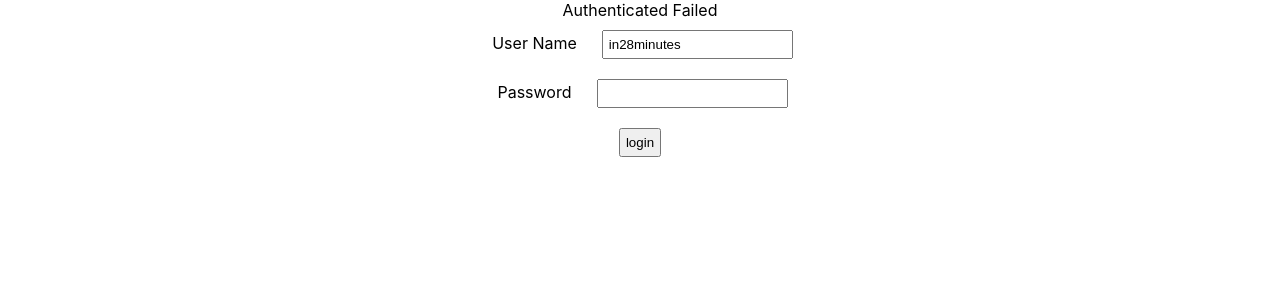
Repository: alexveremis/ReactWithRestAPI
Page: /
An editor plug-in stored every save of this project. The page is shown before and after the next save, followed by the edit.
The browser window is 1280 px wide. The pictures show the whole page.
The project was rebuilt for these pictures with package versions that can differ from the ones it lists, and the page was loaded fresh each time.

Above is the page before, as saved 2023-11-28 10:57:00.

### src/App.js
import './App.css';
import TodoApp from './components/todo/TodoApp'


function App() {
  return (
    <div className="App">
      <TodoApp />
    </div>
  );
}


export default App;

### src/components/todo/TodoApp.jsx
import './TodoApp.css'
import { useState } from 'react'
import { BrowserRouter, Route, Routes, useNavigate, useParams , Link } from 'react-router-dom';

export default function TodoApp(){
    return(
        <div className="TodoApp">
            <BrowserRouter>
            <Routes>
                <Route path='/' element={<LoginComponent />} />
                <Route path='/login' element={<LoginComponent />} />
                <Route path='/welcome/:username' element={<WelcomeComponent />} />
                <Route path='*' element={<ErrorComponent />} />
                <Route path='/todos' element={<ListTodosComponent />} />
            </Routes>
            </BrowserRouter>



        </div>
    )
}

function LoginComponent(){

    function handleUsernameChange(event){
        console.log(event.target.value);
        setUsername(event.target.value)
    }
    function handlePasswordChange(event){
        console.log(event.target.value);
        setPassword(event.target.value)
    }

    function handleSubmit(event){
        console.log(username);
        console.log(password);
        if(username==='alex' && password==='ver'){
            console.log('Success');
            setSuccessMessage(true);
            navigate(`/welcome/${username}`)
        } else{
            console.log('Failed');
            setSuccessMessage(false);
        }
    }

    const [username, setUsername] = useState('in28minutes')
    const [password, setPassword] = useState('')
    const [showSuccessMessage, setSuccessMessage] = useState(false)
    const navigate = useNavigate();

    return(
        <div className="Login">
            {showSuccessMessage && <div className="successMessage">Authenticated Successfully</div>}
            {!showSuccessMessage && <div className="errorMessage">Authenticated Failed</div>}

            <div className="LoginForm">
                <div>
                    <label>User Name</label>
                    <input type="text" name="username" value={username} onChange={handleUsernameChange}/>
                </div>
                <div>
                    <label>Password</label>
                    <input type="password" name="password" value={password} on onChange={handlePasswordChange}/>
                </div>
                <div>
                    <button type="button" name="login" onClick={handleSubmit}>login</button>
                </div>
            </div>
        </div>
    )
}

function WelcomeComponent(){
    const {username }= useParams()
    return(
        <div className="Welcome">
            Welcome {username}
            Your todos <Link to="/todos">Go here</Link>
        </div>
    )
}

function ErrorComponent(){
    return(
        <div className="ErrorComponent">
            We are working hard
        </div>
    )
}

function ListTodosComponent(){
    const todos = [
                    { id: 1, description : 'learn eng'},
                    { id: 2, description : 'learn eng2'},
                    { id: 3, description : 'learn eng3'}


                ]


    return(
        <div className="ListTodosComponent">
            Things you want to do!
            <div>
                <table>
                    <thead>
                        <tr>
                            <td>id </td>
                            <td>description </td>

                        </tr>
                    </thead>
                    <tbody>
                        {
                            todos.map(
                                todo => (
                                    <tr key={todo.id}>
                                        <td>{todo.id }</td>
                                        <td>{todo.description} </td>
                                    </tr>
                                )
                            )
                        }

                    </tbody>
                </table>
            </div>
        </div>
    )
}


function HeaderComponent(){
    return(
        <div className="header">
            Header <hr/>
        </div>
    )
}


function FooterComponent(){
    return(
        <div className="footer">
            <hr/> Footer
        </div>
    )
}

### src/components/todo/TodoApp.css
label, input, button {
    margin: 10px;
    padding: 5px;
}

Loaded but not shown: public/index.html (common file); src/index.js (common file); src/index.css (common file); src/reportWebVitals.js (common file); src/App.css (common file)

After the next save:
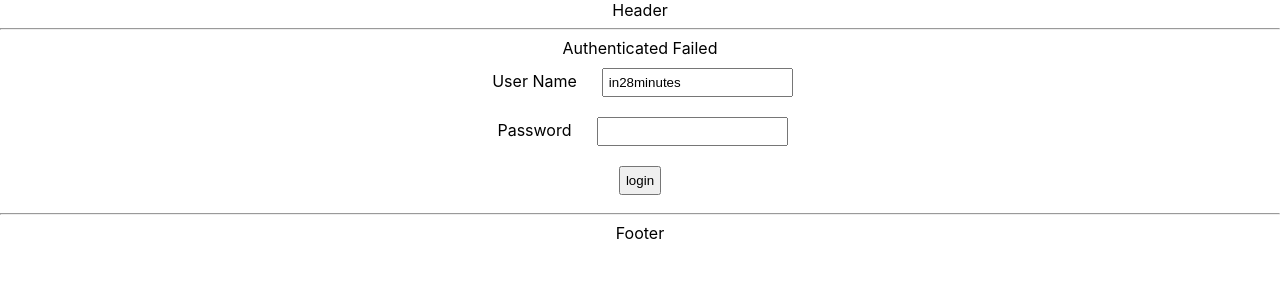
Saved 67 s later.
--- a/src/components/todo/TodoApp.jsx
+++ b/src/components/todo/TodoApp.jsx
@@ -5,6 +5,7 @@ import { BrowserRouter, Route, Routes, useNavigate, useParams , Link } from 'rea
 export default function TodoApp(){
     return(
         <div className="TodoApp">
+            <HeaderComponent/>
             <BrowserRouter>
             <Routes>
                 <Route path='/' element={<LoginComponent />} />
@@ -14,7 +15,7 @@ export default function TodoApp(){
                 <Route path='/todos' element={<ListTodosComponent />} />
             </Routes>
             </BrowserRouter>
-
+            <FooterComponent/>
 
 
         </div>
